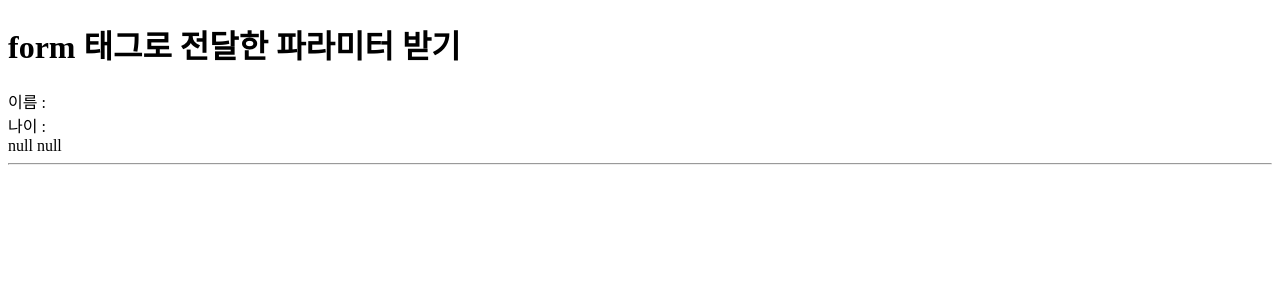
Repository: havanara/240411_JSTL_Project
Page: http://localhost/jstl_study/step-4.jsp
The author's editor kept a copy of each file at every save. The page is drawn from the files as they stood at one save, then again after the next save.
The browser window is 1280 px wide. The pictures show the whole page.
The page is served by Tomcat 9. Other server files are loaded and not shown.

Above is the page before, as saved 2024-04-11 03:36:15.

### jstl_study/src/main/webapp/step-4.jsp
<%@ page language="java" contentType="text/html; charset=UTF-8"
    pageEncoding="UTF-8"%>
    <%@ taglib uri="http://java.sun.com/jsp/jstl/core" prefix="c" %>
<!DOCTYPE html>
<html>
<head>
<meta charset="UTF-8">
<title>Insert title here</title>
</head>
<body>

<h1>form 태그로 전달한 파라미터 받기</h1>
이름 : ${param.name } <br>
나이 : ${param.age } <br>

<!-- 스크립틀릿 방식으로 파라미터 가져오기 -->
<%=request.getParameter("name") %>
<%=request.getParameter("age") %>

<!-- c:if이용하여 나이가 18세 이하면 미성년자 입니다 라고 출력 -->
<c:if test="${param.age <= 18 }">
	<h2>${param.name }은 미성년자 입니다.</h2>
</c:if>

<hr>

</body>
</html>

After the next save:
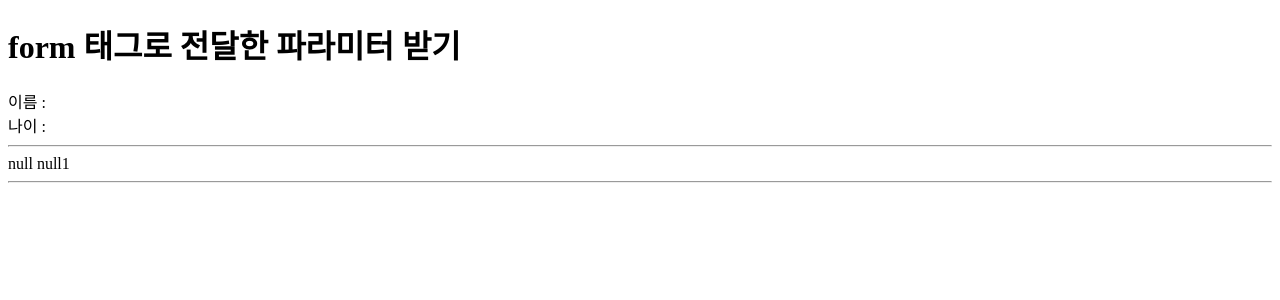
Saved 12 s later.
--- a/jstl_study/src/main/webapp/step-4.jsp
+++ b/jstl_study/src/main/webapp/step-4.jsp
@@ -13,9 +13,11 @@
 이름 : ${param.name } <br>
 나이 : ${param.age } <br>
 
+<hr>
+
 <!-- 스크립틀릿 방식으로 파라미터 가져오기 -->
 <%=request.getParameter("name") %>
-<%=request.getParameter("age") %>
+<%=request.getParameter("age")+1 %>
 
 <!-- c:if이용하여 나이가 18세 이하면 미성년자 입니다 라고 출력 -->
 <c:if test="${param.age <= 18 }">
